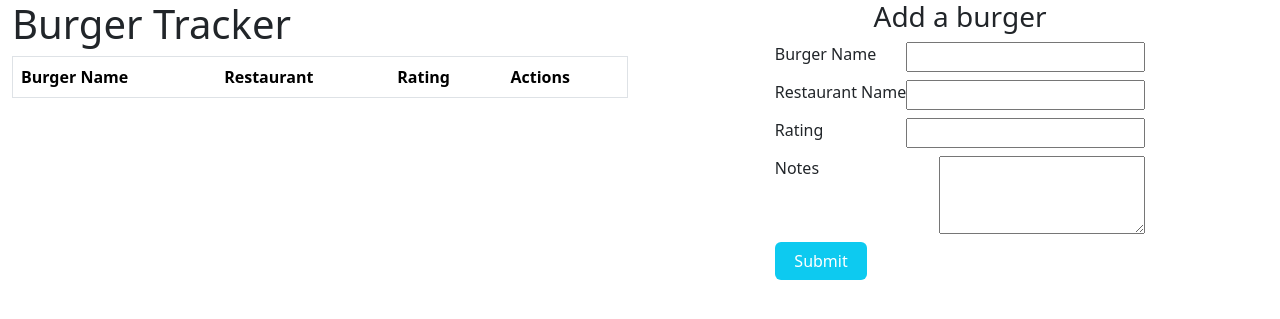
Repository: Hokusai12/Java_Dojo
Page: http://localhost/burgertracker/WEB-INF/index.jsp
An editor plug-in stored every save of this project. The page is shown before and after the next save, followed by the edit.
The browser window is 1280 px wide. The pictures show the whole page.
The page is served by Tomcat 9. Nobody is signed in. Other server files are loaded and not shown. The template is opened directly, without the code that normally fills it, so the values that code supplies are empty.

Above is the page before, as saved 2023-03-05 20:42:54.

### Spring/MVC/burgertracker/src/main/webapp/WEB-INF/index.jsp
<%@ page language="java" contentType="text/html; charset=ISO-8859-1"
	pageEncoding="ISO-8859-1"%>
<%@ taglib prefix="c" uri="http://java.sun.com/jsp/jstl/core"%>
<%@ taglib prefix="form" uri="http://www.springframework.org/tags/form"%>
<%@ page isErrorPage="true"%>
<!DOCTYPE html>
<html>
<head>
<meta charset="ISO-8859-1">
<link
	href="https://cdn.jsdelivr.net/npm/bootstrap@5.3.0-alpha1/dist/css/bootstrap.min.css"
	rel="stylesheet"
	integrity="sha384-GLhlTQ8iRABdZLl6O3oVMWSktQOp6b7In1Zl3/Jr59b6EGGoI1aFkw7cmDA6j6gD"
	crossorigin="anonymous">
<title>Burgerator</title>
</head>
<body>
	<div class="d-flex justify-content-around">
		<div class="container col-6">
			<h1>Burger Tracker</h1>
			<table class="table border">
				<thead>
					<tr>
						<th>Burger Name</th>
						<th>Restaurant</th>
						<th>Rating</th>
						<th>Actions</th>
					</tr>
				</thead>
				<tbody>
					<c:forEach items="${burgers}" var="burger">
						<tr>
							<td>${burger.name}</td>
							<td>${burger.restaurant}</td>
							<td>${burger.rating}</td>
							<td><a href="/burgers/edit/${burger.id}">Edit</a></td>
						</tr>
					</c:forEach>
				</tbody>
			</table>
		</div>
		<div class="container d-flex flex-column align-items-center">
			<h3>Add a burger</h3>
			<form:form class="d-flex flex-column gap-2" action="/"
				method="POST" modelAttribute="burger">
				<div class="d-flex justify-content-between">
					<form:label path="name">Burger Name</form:label>
					<form:input type="text" path="name" />
				</div>
				<form:errors class="text-danger" path="name" />
				<div class="d-flex justify-content-between">
					<form:label path="restaurant">Restaurant Name</form:label>
					<form:input type="text" path="restaurant" />
				</div>
				<form:errors class="text-danger" path="restaurant" />
				<div class="d-flex justify-content-between">
					<form:label path="rating">Rating</form:label>
					<form:input type="text" path="rating" step="0.1" />
				</div>
				<form:errors class="text-danger" path="rating" />
				<div class="d-flex justify-content-between">
					<form:label path="notes">Notes</form:label>
					<form:textarea path="notes" id="notes" cols="20" rows="3"></form:textarea>
				</div>
				<form:errors class="text-danger" path="notes" />
				<input
					class="col-3 btn bg-info text-white <align-self-end></align-self-end>"
					type="submit" value="Submit" />
			</form:form>
		</div>
	</div>
</body>
</html>

After the next save:
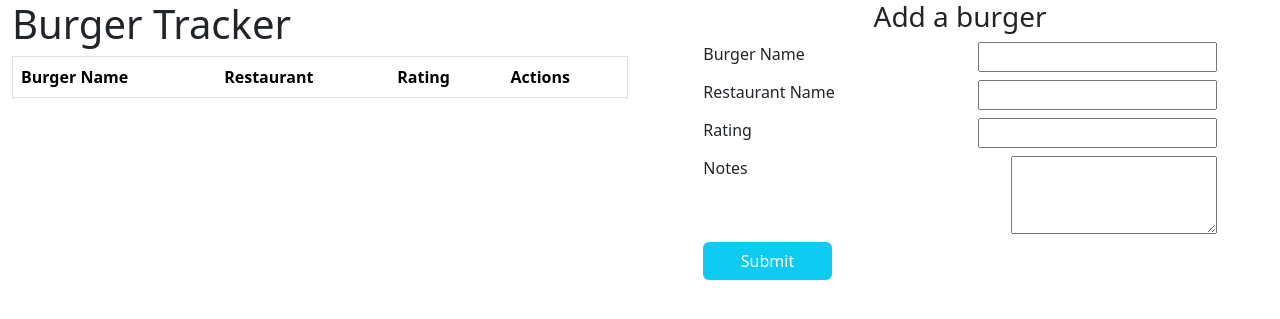
Saved 22 s later.
--- a/Spring/MVC/burgertracker/src/main/webapp/WEB-INF/index.jsp
+++ b/Spring/MVC/burgertracker/src/main/webapp/WEB-INF/index.jsp
@@ -41,7 +41,7 @@
 		</div>
 		<div class="container d-flex flex-column align-items-center">
 			<h3>Add a burger</h3>
-			<form:form class="d-flex flex-column gap-2" action="/"
+			<form:form class="d-flex flex-column gap-2 col-10" action="/"
 				method="POST" modelAttribute="burger">
 				<div class="d-flex justify-content-between">
 					<form:label path="name">Burger Name</form:label>
